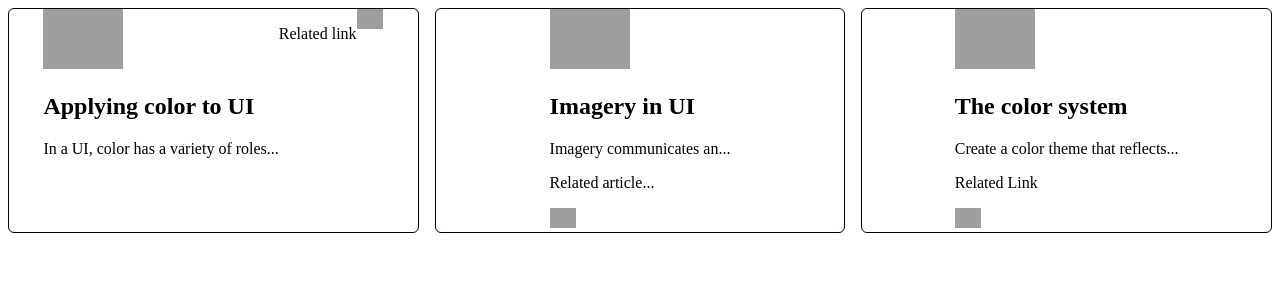
Repository: Sc-Juju/tres-cards
Page: index.html
These files come from the project's save history. The page is drawn as it stood at one moment and after the next save; the edit follows.
The browser window is 1280 px wide. The pictures show the whole page.
Pictures or frames that could not be fetched are drawn as grey boxes. Some web libraries are served in a nearby version.

Above is the page before, as saved 2022-09-29 14:32:03.

### index.html
<!DOCTYPE html>
<html lang="en">
	<head>
		<link
			rel="stylesheet"
			href="https://cdnjs.cloudflare.com/ajax/libs/font-awesome/6.2.0/css/all.min.css"
			integrity="sha512-xh6O/CkQoPOWDdYTDqeRdPCVd1SpvCA9XXcUnZS2FmJNp1coAFzvtCN9BmamE+4aHK8yyUHUSCcJHgXloTyT2A=="
			crossorigin="anonymous"
			referrerpolicy="no-referrer"
		/>
		<link rel="stylesheet" href="./main.css" />
		<meta charset="UTF-8" />
		<meta http-equiv="X-UA-Compatible" content="IE=edge" />
		<meta name="viewport" content="width=device-width, initial-scale=1.0" />
		<script
			src="https://kit.fontawesome.com/020fb16134.js"
			crossorigin="anonymous"
		></script>
		<title>Tres cards</title>
	</head>
	<body>
		<div class="tres-cards">
			<div class="card">
				<div class="card-image">
					<img
						src="https://cdn.icon-icons.com/icons2/91/PNG/128/color_wheel_16443.png"
						alt="color-wheel"
					/>
					<h2>Applying color to UI</h2>
					<p>In a UI, color has a variety of roles...</p>
				</div>
				<p>Related link</p>
				<img
					src="https://www.pngfind.com/pngs/m/510-5107490_vector-arrow-png-arrow-pointing-to-top-right.png"
					alt="arrow"
					class="arrow"
				/>
			</div>
			<div class="card">
				<div class="img-text">
					<img
						src="https://wac-cdn.atlassian.com/dam/jcr:1a5346ae-771f-4dde-8df8-b76738b612e2/Card-Spot-Illo-Speech-Bubbbles-@2x.png?cdnVersion=543"
						alt="text-cloud"
					/>
					<h2>Imagery in UI</h2>
					<p>Imagery communicates an...</p>
					<p>Related article...</p>
					<img
						src="https://www.pngfind.com/pngs/m/510-5107490_vector-arrow-png-arrow-pointing-to-top-right.png"
						alt="arrow"
						class="arrow"
					/>
				</div>
			</div>
			<div class="card">
				<div class="card-image">
					<img
						src="https://cdn.icon-icons.com/icons2/91/PNG/128/color_wheel_16443.png"
						alt="color-wheel"
					/>
					<h2>The color system</h2>
					<p>Create a color theme that reflects...</p>
					<p>Related Link</p>
					<img
						src="https://www.pngfind.com/pngs/m/510-5107490_vector-arrow-png-arrow-pointing-to-top-right.png"
						alt="arrow"
						class="arrow"
					/>
				</div>
			</div>
		</div>
	</body>
</html>

### main.css
.tres-cards{
    display:grid;
    grid-template-columns:repeat(3,1fr);
    gap:1em;
}
.card{
    border: 1px solid black;
    border-radius: 6px;
    display:inline-flex;
    justify-content: center;
    flex-direction: row;
}
img{
    height:60px;
}
.arrow{
    height: 20px;
}
.img+text{
    display: inline-flex;
}

After the next save:
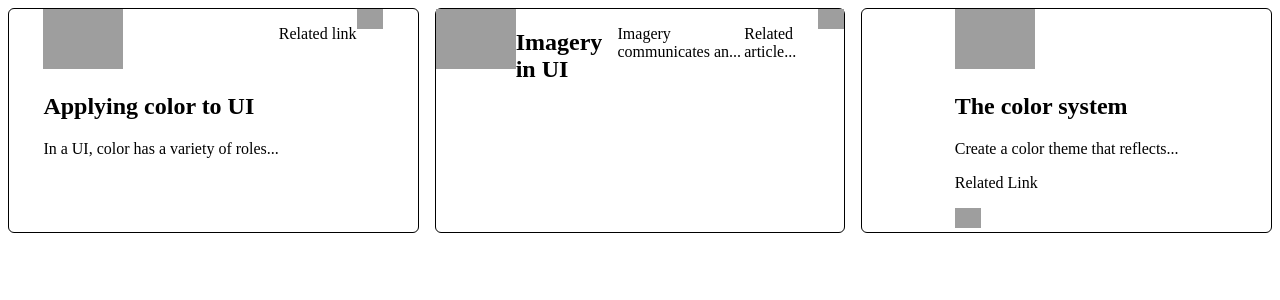
Saved 3 s later.
--- a/main.css
+++ b/main.css
@@ -16,6 +16,6 @@
 .arrow{
     height: 20px;
 }
-.img+text{
+.img-text{
     display: inline-flex;
 }

After the save that followed:
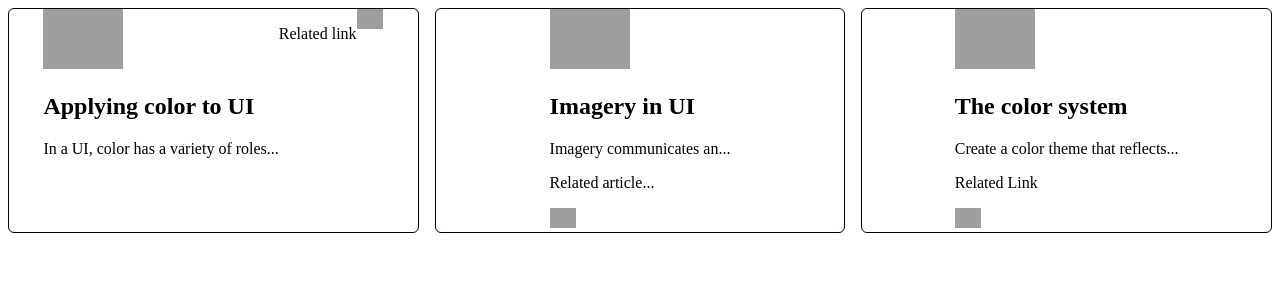
Saved 43 s later.
--- a/main.css
+++ b/main.css
@@ -16,6 +16,6 @@
 .arrow{
     height: 20px;
 }
-.img-text{
+/*.img-text{
     display: inline-flex;
 }
